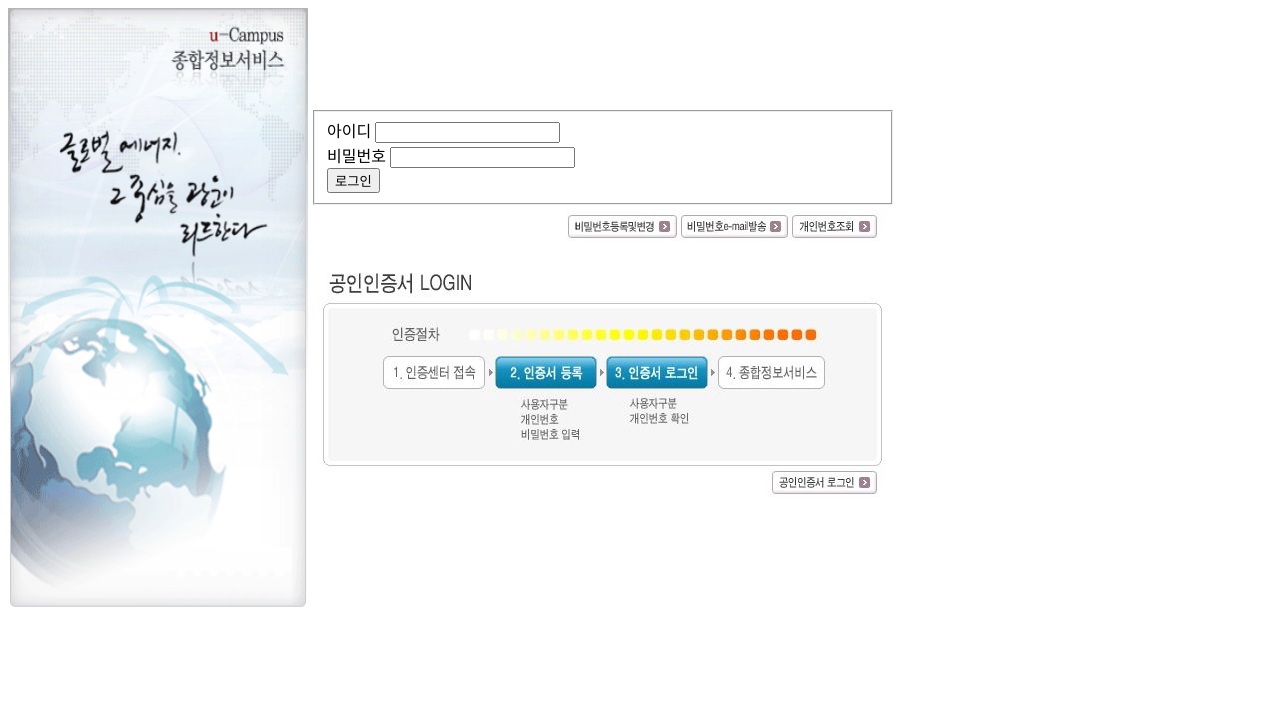
Repository: jungmintaeng/mini-ucampus
Page: ucam/WebContent/Login.html
These files come from the project's save history. The page is drawn as it stood at one moment and after the next save; the edit follows.
The browser window is 1280 px wide. The pictures show the whole page.

Above is the page before, as saved 2016-06-11 00:54:02.

After the next save:
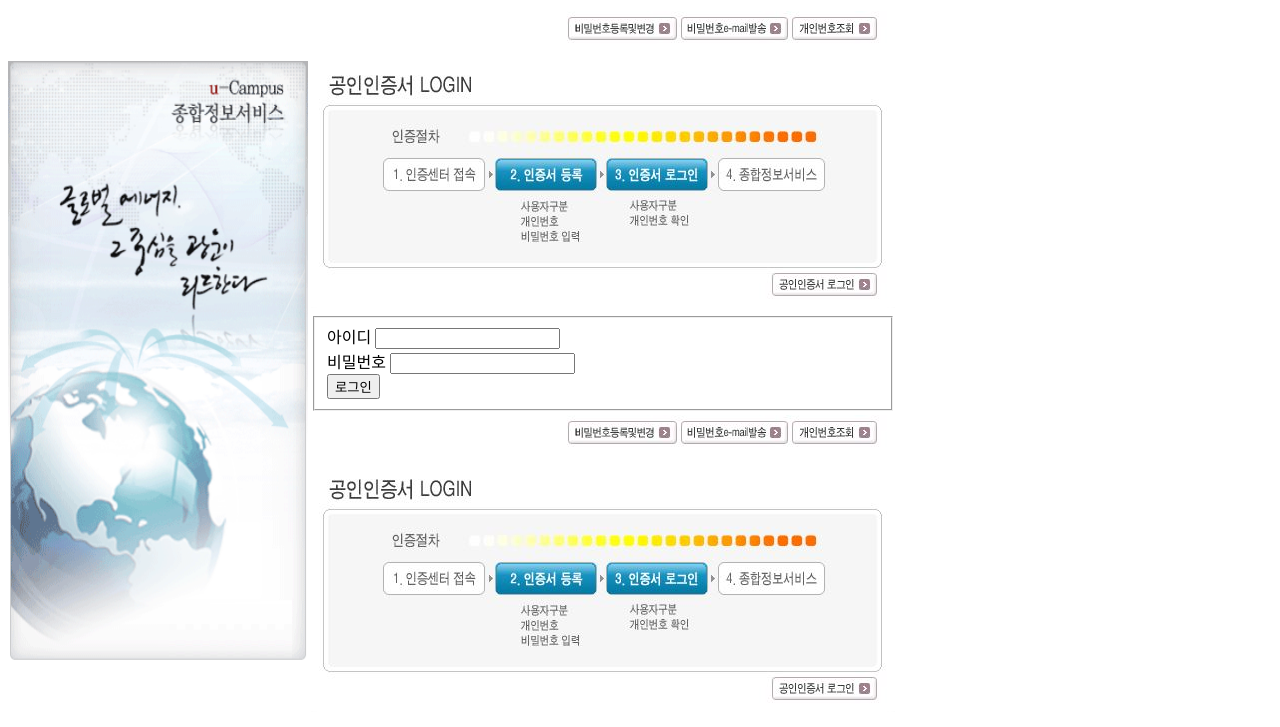
Saved 75 s later.
--- a/ucam/WebContent/Login.html
+++ b/ucam/WebContent/Login.html
@@ -13,6 +13,12 @@
 </font></td>
 <td align="left">
 <table>
+   <tr>
+   <td align="right"><font size="2"><img
+src="images\loginfake.jpg" width ="584" height="297" border ="0">
+</font>
+</td>
+</tr>
 <tr>
 <td>
   <form action="Login.jsp" method="post">
